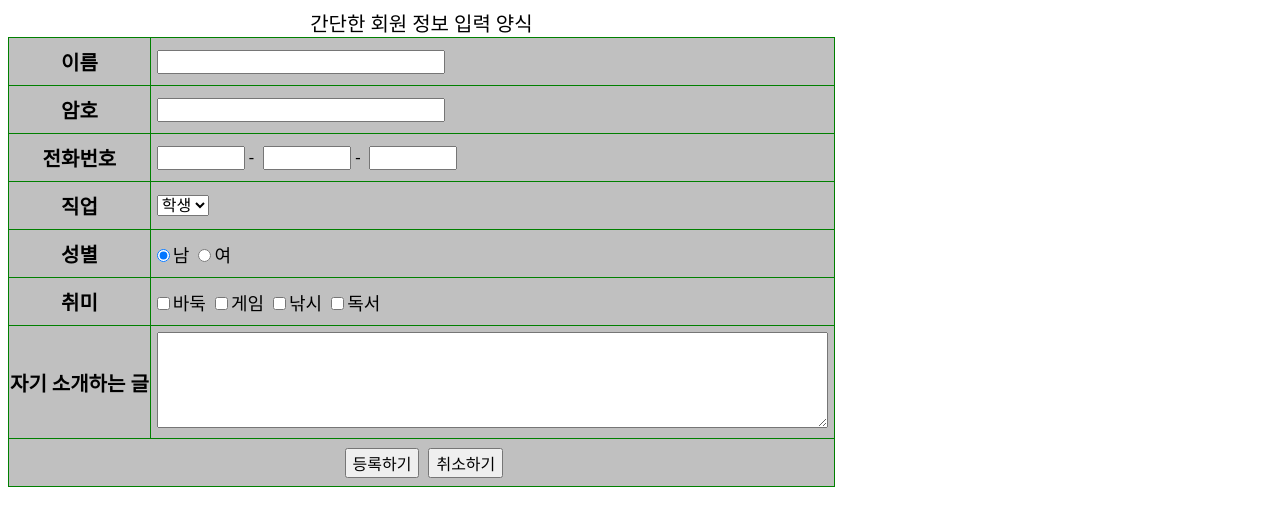
Repository: yoonanet/Web_Workspaces
Page: JavaScript/src/main/webapp/quiz/3.8_quiz.html
These files come from the project's save history. The page is drawn as it stood at one moment and after the next save; the edit follows.
The browser window is 1280 px wide. The pictures show the whole page.

Above is the page before, as saved 2023-03-12 12:38:13.
Console error: TypeError: Cannot read properties of undefined (reading 'length')

After the next save:
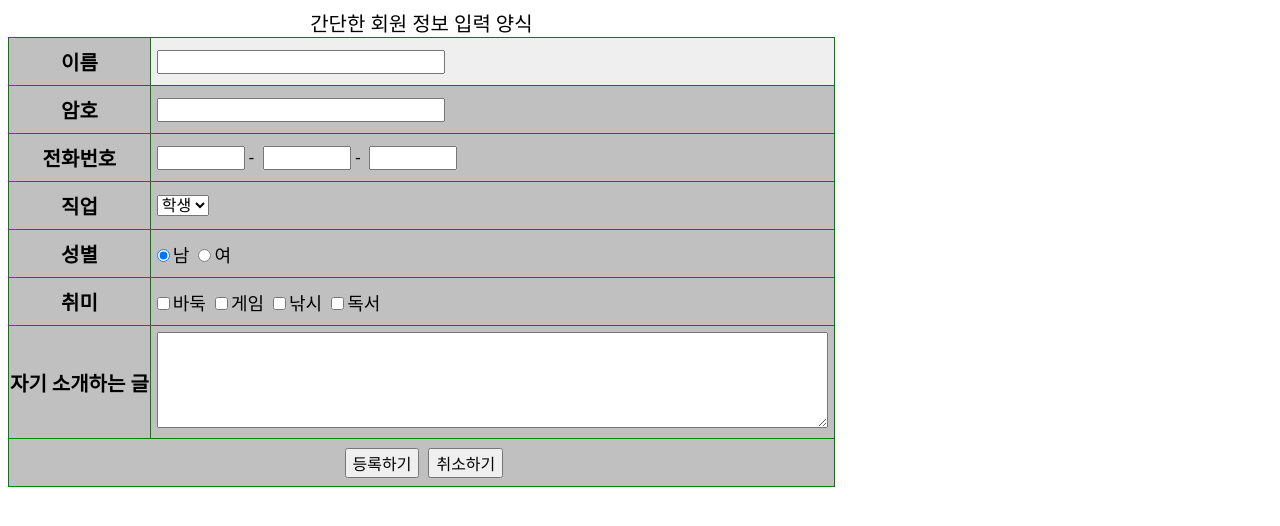
The error is gone.
Saved 57 s later.
--- a/JavaScript/src/main/webapp/quiz/3.8_quiz.html
+++ b/JavaScript/src/main/webapp/quiz/3.8_quiz.html
@@ -63,7 +63,7 @@
 
 window.onload = function(){
 
-	var inputClass = document.getElementsByClassName('text');
+	var inputClass = document.getElementById('name');
 
 	(inputClass.value.length > 0) ?
 		inputClass.parentNode.style.backgroundColor = '#fff':
